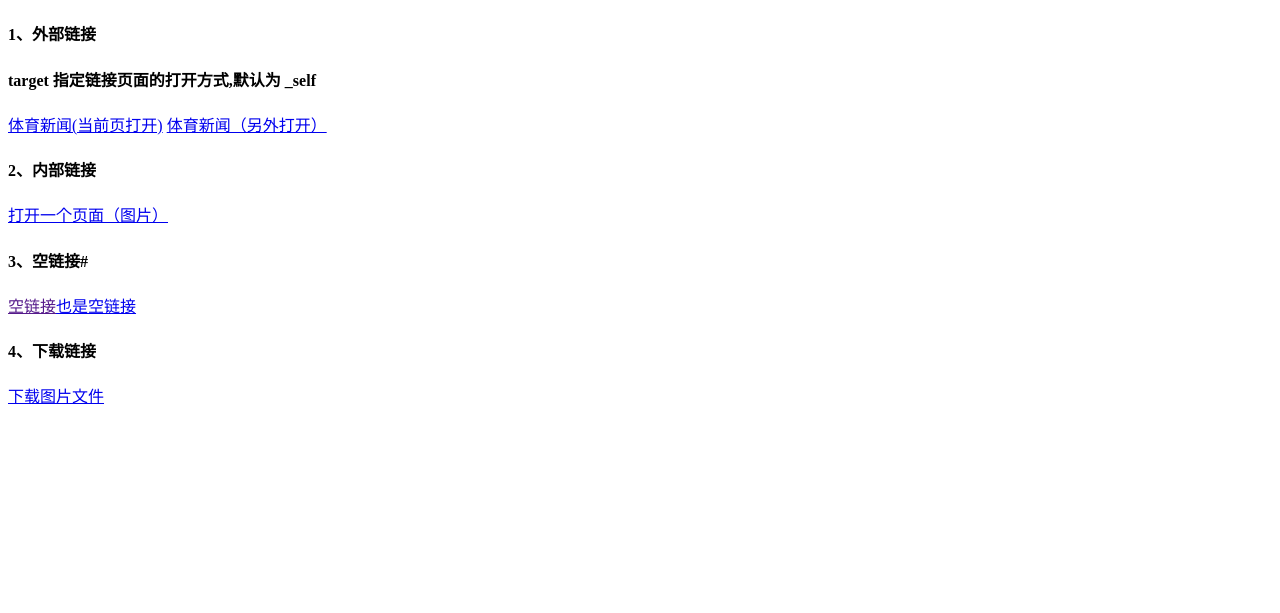
Repository: zhengdeya/web-based
Page: 04-链接.html
These files come from the project's save history. The page is drawn as it stood at one moment and after the next save; the edit follows.
The browser window is 1280 px wide. The pictures show the whole page.

Above is the page before, as saved 2021-03-24 11:58:28.

### 04-链接.html
<!DOCTYPE html>
<html lang="en">
<head>
    <meta charset="UTF-8">
    <meta http-equiv="X-UA-Compatible" content="IE=edge">
    <meta name="viewport" content="width=device-width, initial-scale=1.0">
    <title>链接</title>
</head>
<body>
    <h4>1、外部链接</h4>
    <h4> target 指定链接页面的打开方式,默认为 _self </h4>
    <a
    href="https://sports.sohu.com/"
    target="_self"
    >体育新闻(当前页打开)</a>
    <a
    href="https://sports.sohu.com/"
    target="_blank"
    >体育新闻（另外打开）</a>
    <h4>2、内部链接</h4>
    <a href="03-图片.html">打开一个页面（图片）</a>
    <h4>3、空链接#</h4>
    <a href="">空链接</a><a href="#">也是空链接</a>
    <h4>4、下载链接</h4>
    <a href="imgs/211ebki1g1v211ebki1g1v.jpg">下载图片文件</a>
</body>
</html>

After the next save:
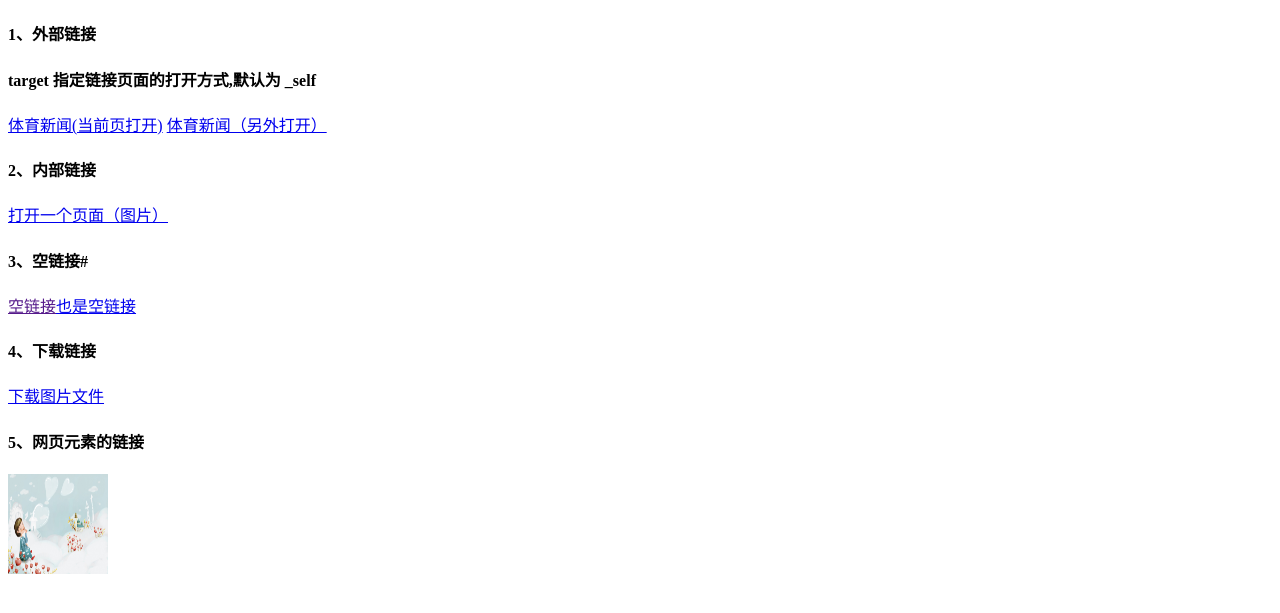
Saved 4 min 15 s later.
--- a/04-链接.html
+++ b/04-链接.html
@@ -23,5 +23,7 @@
     <a href="">空链接</a><a href="#">也是空链接</a>
     <h4>4、下载链接</h4>
     <a href="imgs/211ebki1g1v211ebki1g1v.jpg">下载图片文件</a>
+    <h4>5、网页元素的链接</h4>
+    <a href="https://sports.sohu.com/"><img src="imgs/jdk2y0mzbtajdk2y0mzbta.jpg" alt="" width="100" height="100"></a>
 </body>
 </html>
